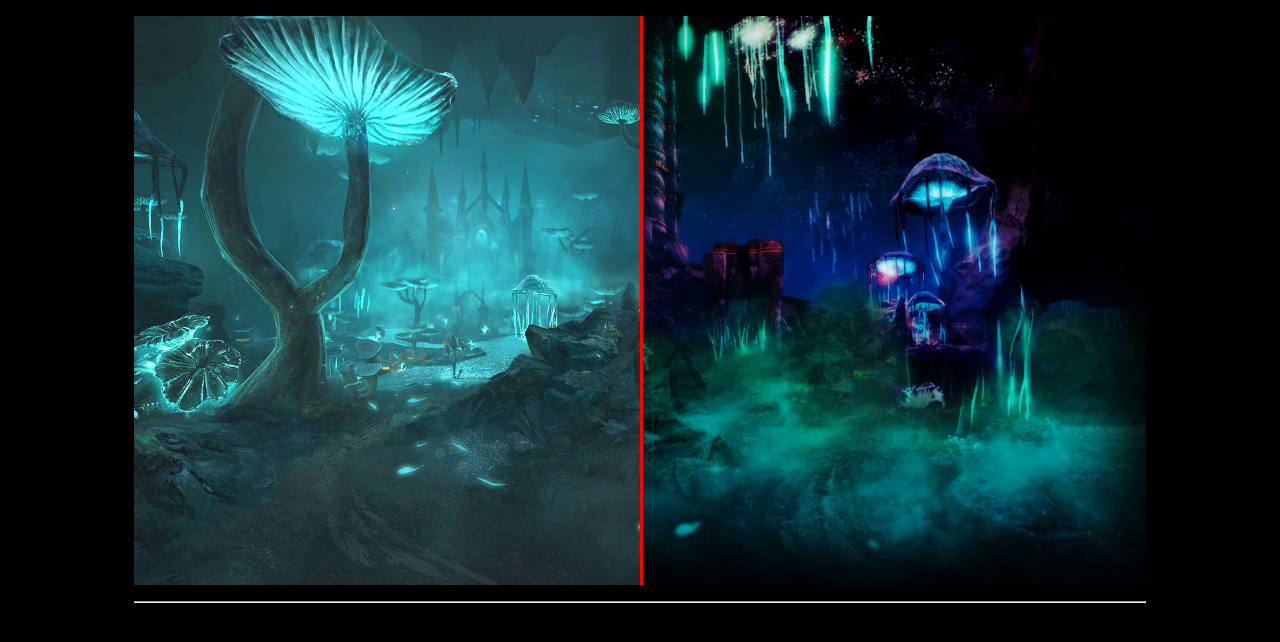
Repository: avatararts/avatararts1.github.io
Page: slider/index.html
These files come from the project's save history. The page is drawn as it stood at one moment and after the next save; the edit follows.
The browser window is 1280 px wide. The pictures show the whole page.
Some web libraries are served in a nearby version.

Above is the page before, as saved 2023-03-09 10:27:28.

### slider/index.html
<!DOCTYPE html>
<html lang="en">

<head>
    <meta charset="UTF-8">
    <title>Before and After</title>
    <link rel="stylesheet" href="./style.css">
    <script src="https://cdnjs.cloudflare.com/ajax/libs/prefixfree/1.0.7/prefixfree.min.js"></script>

</head>

<body>
    <section>
    <p>
    <!-- partial:index.partial.html -->
    <div style="width: 80%; margin: 0 auto">
        <div id="inked-painted">
            <img src="images/bfin.jpeg" id="inked" alt>
            <div id="colored"></div>
        </div></p>
        <!-- partial -->
        <script src='//cdnjs.cloudflare.com/ajax/libs/jquery/2.1.3/jquery.min.js'></script>
        <script src="./script.js"></script></p>
<hr>

</body>

</html>

### slider/style.css
body {
    background: rgb(0, 0, 0);
}

div#inked-painted {
    position: relative;
    font-size: 0;
    -ms-touch-action: none;
    -webkit-touch-callout: none;
    -webkit-user-select: none;
}

div#inked-painted img {
    width: 100%;
    height: auto;
}

div#colored {
    background-image: url(./images/bori.jpeg);
    position: absolute;
    top: 0;
    left: 0;
    height: 100%;
    width: 50%;
    background-size: cover;
    border-right: 3px solid red;
}

div#inked-painted:hover {
    cursor: col-resize;
}

### slider/script.js
var inkbox = document.getElementById("inked-painted");
var colorbox = document.getElementById("colored");
var fillerImage = document.getElementById("inked");
inkbox.addEventListener("mousemove",trackLocation,false);
inkbox.addEventListener("touchstart",trackLocation,false);
inkbox.addEventListener("touchmove",trackLocation,false);

function trackLocation(e)
{
	var rect = inked.getBoundingClientRect();
	var position = ((e.pageX - rect.left) / inked.offsetWidth)*100;
	if (position <= 100) { colorbox.style.width = position+"%"; }
}

After the next save:
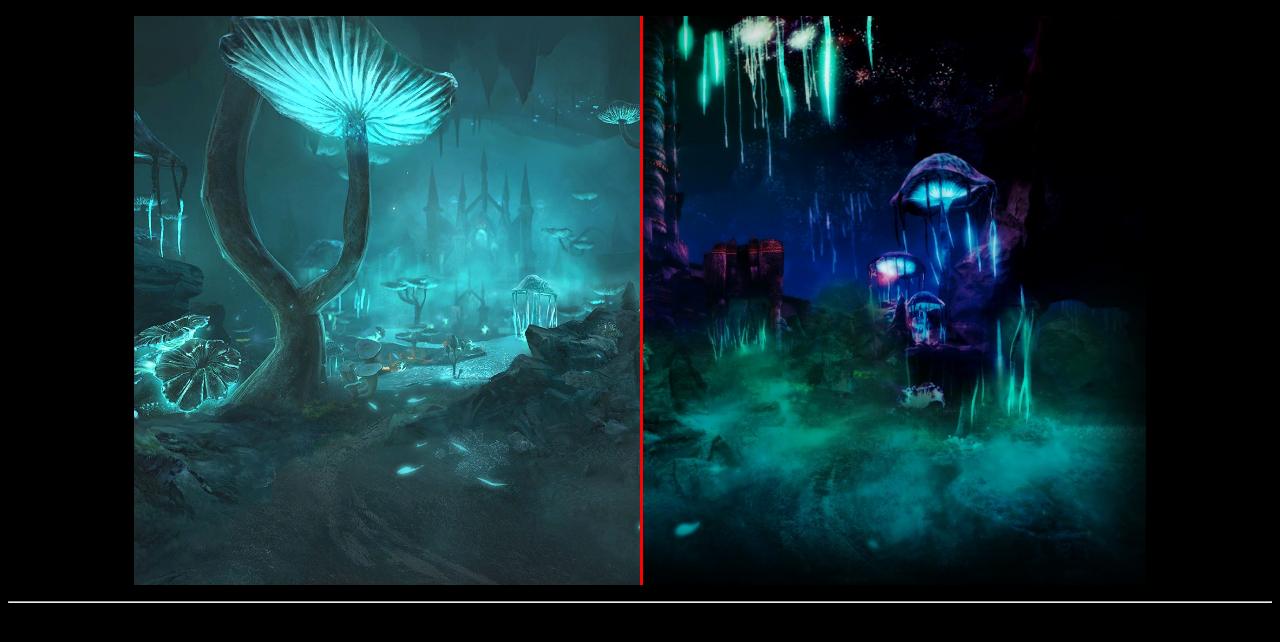
Saved 5 s later.
--- a/slider/index.html
+++ b/slider/index.html
@@ -20,7 +20,7 @@
         </div></p>
         <!-- partial -->
         <script src='//cdnjs.cloudflare.com/ajax/libs/jquery/2.1.3/jquery.min.js'></script>
-        <script src="./script.js"></script></p>
+        <script src="./script.js"></script></p></section>
 <hr>
 
 </body>
